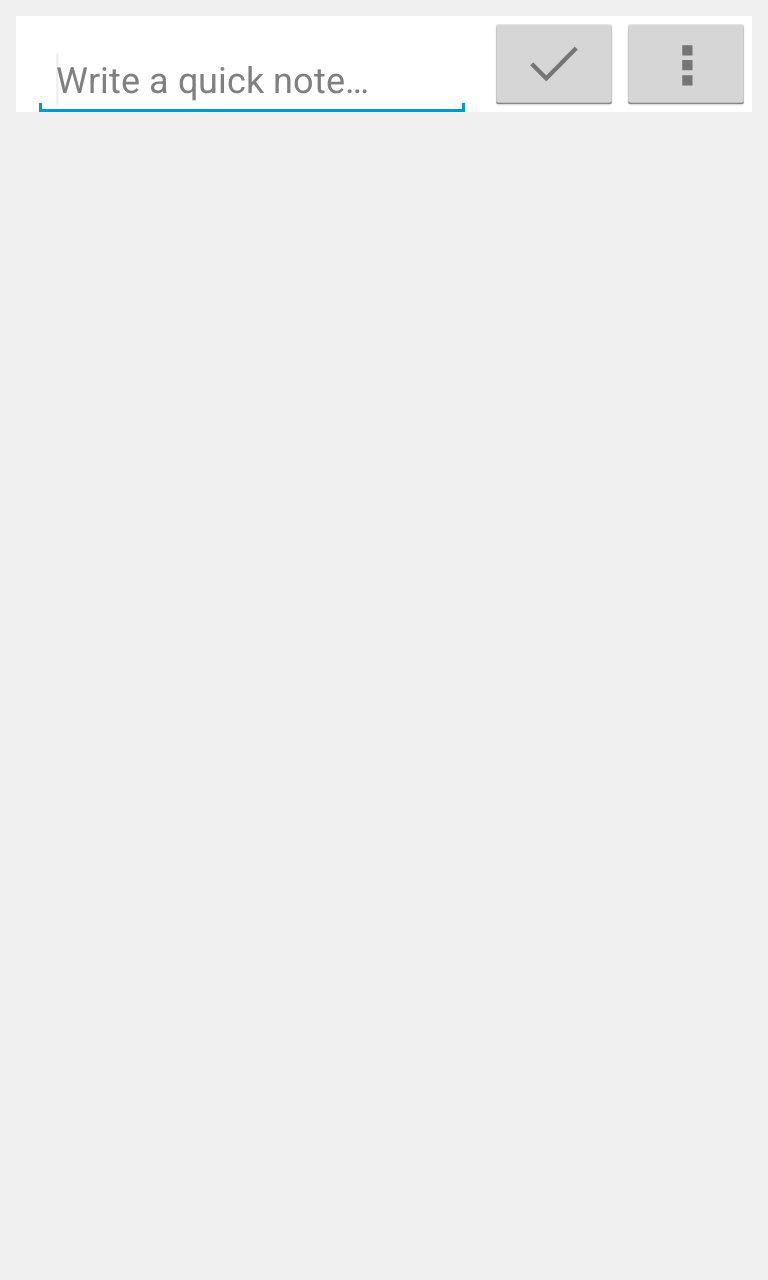
Repository: IrisAmp/fuzzy-octo-cmput301-proj
Layout: 301NotePrime/res/layout/activity_main.xml
An editor plug-in stored every save of this project. The layout is shown before and after the next save, followed by the edit.
It is drawn on a 768 x 1280 px phone screen (xhdpi) without system bars, with theme AppTheme; the app's code is not run. Lists and similar views that code fills are empty.

Above is the layout before, as saved 2014-09-17 15:07:42.

### 301NotePrime/res/layout/activity_main.xml
<RelativeLayout xmlns:android="http://schemas.android.com/apk/res/android"
    xmlns:tools="http://schemas.android.com/tools"
    android:background="@color/default_bg"
    android:layout_width="match_parent"
    android:layout_height="match_parent"
    android:padding="@dimen/activity_vertical_less_margin"
    tools:context=".MainActivity" >

    <LinearLayout
        android:background="@color/default_highlight"
        android:id="@+id/linearLayout1"
        android:layout_width="wrap_content"
        android:layout_height="wrap_content"
        android:layout_alignParentLeft="true"
        android:layout_alignParentRight="true"
        android:layout_alignParentTop="true" >

        <EditText
            android:ems="10"
            android:hint="@string/quick_note_hint"
            android:id="@+id/editText1"
            android:inputType="textMultiLine"
            android:layout_width="wrap_content"
            android:layout_height="wrap_content"
            android:layout_weight="1"
            android:layout_gravity="center"
            android:layout_marginTop="@dimen/activity_vertical_less_margin"
            android:layout_marginLeft="@dimen/activity_vertical_less_margin"
            android:layout_marginRight="@dimen/activity_vertical_less_margin" >

            <requestFocus />

        </EditText>

        <ImageButton
            android:contentDescription="@string/accessibility_accept_button"
            android:id="@+id/button1"
            android:layout_width="wrap_content"
            android:layout_height="wrap_content"
            android:layout_weight="1"
            android:layout_gravity="bottom"
            android:src="@drawable/ic_action_accept" />

        <ImageButton
            android:contentDescription="@string/accessibility_overflow_button"
            android:id="@+id/button2"
            android:layout_width="wrap_content"
            android:layout_height="wrap_content"
            android:layout_weight="1"
            android:layout_gravity="bottom"
            android:src="@drawable/ic_action_overflow" />

    </LinearLayout>

    <ListView
        android:id="@+id/listView1"
        android:layout_width="match_parent"
        android:layout_height="wrap_content"
        android:layout_below="@+id/linearLayout1"
        android:layout_centerHorizontal="true"
        android:layout_marginTop="22dp" >
    </ListView>

</RelativeLayout>

### 301NotePrime/res/values/colors.xml
<?xml version="1.0" encoding="utf-8"?>
<resources>

    <color name="default_bg"        >#FFF0F0F0</color>
    <color name="default_highlight" >#FFFFFFFF</color>

</resources>

### 301NotePrime/res/values/strings.xml
<?xml version="1.0" encoding="utf-8"?>
<resources>

    <string name="app_name">byue301NotePrime</string>
    <string name="action_settings">Settings</string>
    <string name="hello_world">Hello world!</string>

    <string name="quick_note_hint">Write a quick note&#8230;</string>

    <string name="accessibility_accept_button">Accept</string>
    <string name="accessibility_overflow_button">More</string>

</resources>

Loaded but not shown: 301NotePrime/res/values/styles.xml (common file); 301NotePrime/res/values-v11/styles.xml (common file); 301NotePrime/res/values-v14/styles.xml (common file); 301NotePrime/res/values/dimens.xml (common file)

After the next save:
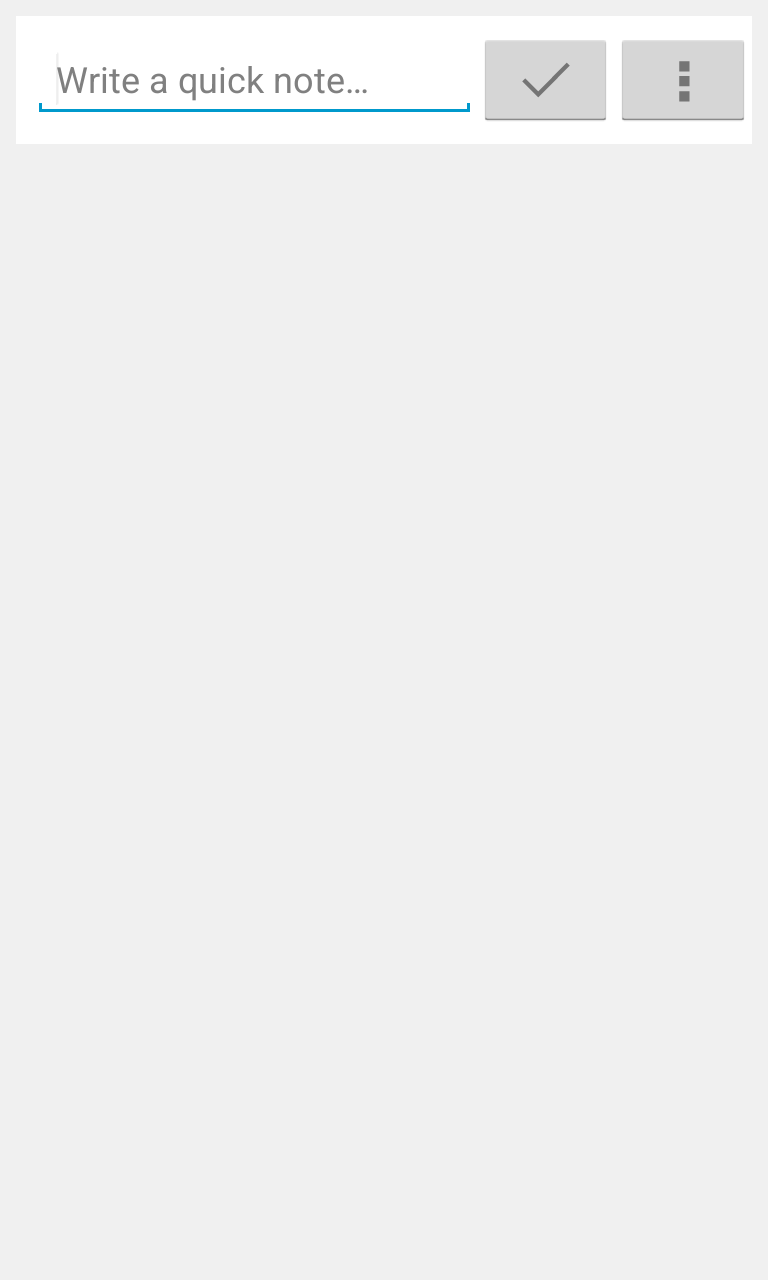
Saved 2 min 57 s later.
--- a/301NotePrime/res/layout/activity_main.xml
+++ b/301NotePrime/res/layout/activity_main.xml
@@ -16,38 +16,42 @@
         android:layout_alignParentTop="true" >
 
         <EditText
+            android:id="@+id/editText1"
+            android:layout_width="wrap_content"
+            android:layout_height="wrap_content"
+            android:layout_gravity="center"
+            android:layout_marginBottom="@dimen/activity_vertical_less_margin"
+            android:layout_marginLeft="@dimen/activity_horizontal_less_margin"
+            android:layout_marginTop="@dimen/activity_vertical_less_margin"
+            android:layout_weight="1"
             android:ems="10"
             android:hint="@string/quick_note_hint"
-            android:id="@+id/editText1"
-            android:inputType="textMultiLine"
-            android:layout_width="wrap_content"
-            android:layout_height="wrap_content"
-            android:layout_weight="1"
-            android:layout_gravity="center"
-            android:layout_marginTop="@dimen/activity_vertical_less_margin"
-            android:layout_marginLeft="@dimen/activity_vertical_less_margin"
-            android:layout_marginRight="@dimen/activity_vertical_less_margin" >
+            android:inputType="textMultiLine" >
 
             <requestFocus />
 
         </EditText>
 
         <ImageButton
-            android:contentDescription="@string/accessibility_accept_button"
             android:id="@+id/button1"
             android:layout_width="wrap_content"
             android:layout_height="wrap_content"
+            android:layout_gravity="bottom"
+            android:layout_marginBottom="@dimen/activity_vertical_less_margin"
+            android:layout_marginTop="@dimen/activity_vertical_less_margin"
             android:layout_weight="1"
-            android:layout_gravity="bottom"
+            android:contentDescription="@string/accessibility_accept_button"
             android:src="@drawable/ic_action_accept" />
 
         <ImageButton
-            android:contentDescription="@string/accessibility_overflow_button"
             android:id="@+id/button2"
             android:layout_width="wrap_content"
             android:layout_height="wrap_content"
+            android:layout_gravity="bottom"
+            android:layout_marginBottom="@dimen/activity_vertical_less_margin"
+            android:layout_marginTop="@dimen/activity_vertical_less_margin"
             android:layout_weight="1"
-            android:layout_gravity="bottom"
+            android:contentDescription="@string/accessibility_overflow_button"
             android:src="@drawable/ic_action_overflow" />
 
     </LinearLayout>
